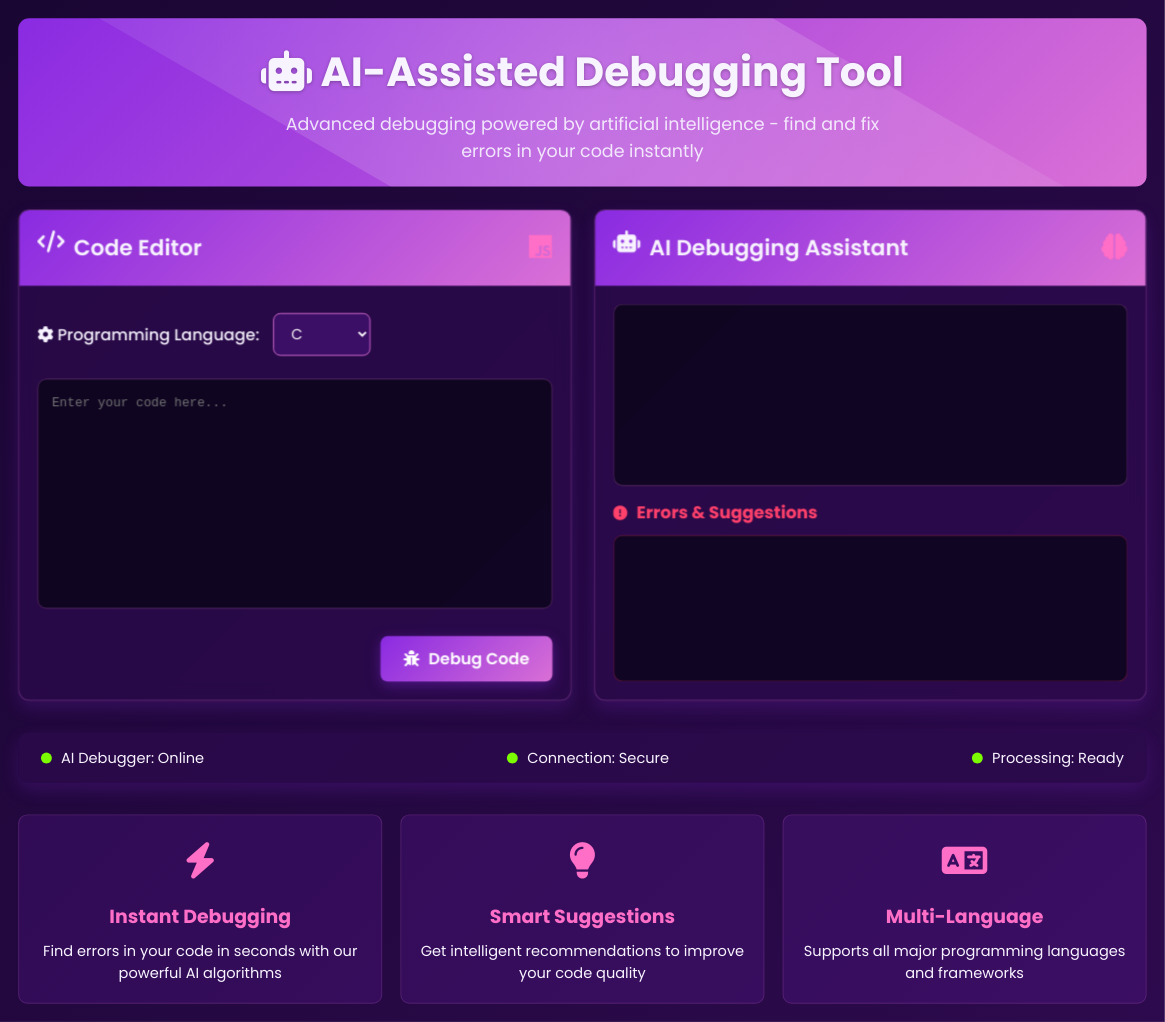
Repository: ujjwalkathait/AI-Asissted_Debugging_tool
Page: Frontend/public/index.html
The author's editor kept a copy of each file at every save. The page is drawn from the files as they stood at one save, then again after a run of saves.
The browser window is 1280 px wide. The pictures show the whole page, at 91% of full size.

Above is the page before, as saved 2025-07-13 22:51:30.

### Frontend/public/index.html
<!DOCTYPE html>
<html lang="en">
<head>
    <meta charset="UTF-8">
    <meta name="viewport" content="width=device-width, initial-scale=1.0">
    <title>AI-Assisted Debugging Tool</title>
    <link href="https://fonts.googleapis.com/css2?family=Poppins:wght@300;400;500;600;700&display=swap" rel="stylesheet">
    <link rel="stylesheet" href="https://cdnjs.cloudflare.com/ajax/libs/font-awesome/6.4.0/css/all.min.css">
    <link rel="stylesheet" href="style.css">
</head>
<body>
    <div class="container">
        <header>
            <h1><i class="fas fa-robot"></i> AI-Assisted Debugging Tool</h1>
            <p>Advanced debugging powered by artificial intelligence - find and fix errors in your code instantly</p>
        </header>

        <div class="main-content">
            <div class="panel">
                <div class="panel-header">
                    <div class="panel-title">
                        <i class="fas fa-code floating"></i>
                        <span>Code Editor</span>
                    </div>
                    <div class="language-icon">
                        <i class="fab fa-js"></i>
                    </div>
                </div>
                <div class="panel-body">
                    <div class="editor-container">
                        <div class="language-selector">
                            <label for="language-select"><i class="fas fa-cog"></i> Programming Language:</label>
                            <select id="language-select">
                                <option>C</option>
                                <option>C++</option>
                                <option>Python</option>
                                <option>Java</option>
                            </select>
                        </div>
                        <textarea class="code-editor" id="code-input" placeholder="Enter your code here..."></textarea>
                        <button class="debug-btn" id="debug-button">
                            <i class="fas fa-bug"></i> Debug Code
                        </button>
                    </div>
                </div>
            </div>

            <div class="panel">
                <div class="panel-header">
                    <div class="panel-title">
                        <i class="fas fa-robot floating"></i>
                        <span>AI Debugging Assistant</span>
                    </div>
                    <div class="language-icon">
                        <i class="fas fa-brain"></i>
                    </div>
                </div>
                <div class="panel-body">
                    <div class="output-container">
                        <div class="ai-output" id="debug-output">
</div>

                        <div class="error-container">
                            <div class="error-header">
                                <i class="fas fa-exclamation-circle"></i>
                                <h3>Errors & Suggestions</h3>
                            </div>
                            <div class="error-box" id="error-output"></div>
                        </div>
                    </div>
                </div>
            </div>
        </div>

        <div class="status-bar">
            <div class="status-item">
                <div class="status-indicator"></div>
                <span>AI Debugger: Online</span>
            </div>
            <div class="status-item">
                <div class="status-indicator"></div>
                <span>Connection: Secure</span>
            </div>
            <div class="status-item">
                <div class="status-indicator"></div>
                <span>Processing: Ready</span>
            </div>
        </div>

        <div class="feature-grid">
            <div class="feature-card">
                <div class="feature-icon">
                    <i class="fas fa-bolt"></i>
                </div>
                <h3>Instant Debugging</h3>
                <p>Find errors in your code in seconds with our powerful AI algorithms</p>
            </div>
            <div class="feature-card">
                <div class="feature-icon">
                    <i class="fas fa-lightbulb"></i>
                </div>
                <h3>Smart Suggestions</h3>
                <p>Get intelligent recommendations to improve your code quality</p>
            </div>
            <div class="feature-card">
                <div class="feature-icon">
                    <i class="fas fa-language"></i>
                </div>
                <h3>Multi-Language</h3>
                <p>Supports all major programming languages and frameworks</p>
            </div>
        </div>
    </div>

    <script src="script.js"></script>
</body>
</html>

### Frontend/public/style.css
:root {
    --primary: #8A2BE2;
    --secondary: #DA70D6;
    --accent: #FF6EC7;
    --dark: #2D0A4D;
    --light: #F8F4FF;
    --text: #4A2A7C;
    --success: #7CFC00;
    --error: #FF416C;
    --border-radius: 12px;
    --transition: all 0.3s ease;
    --box-shadow: 0 8px 20px rgba(138, 43, 226, 0.2);
    --gradient: linear-gradient(135deg, var(--primary), var(--secondary));
}

* {
    margin: 0;
    padding: 0;
    box-sizing: border-box;
    font-family: 'Poppins', sans-serif;
}

body {
    background: linear-gradient(135deg, #1a0633, #2d0a4d);
    color: var(--light);
    min-height: 100vh;
    padding: 20px;
    display: flex;
    justify-content: center;
    align-items: center;
}

.container {
    width: 100%;
    max-width: 1600px;
    display: flex;
    flex-direction: column;
    gap: 25px;
}

header {
    text-align: center;
    padding: 25px;
    background: var(--gradient);
    border-radius: var(--border-radius);
    box-shadow: var(--box-shadow);
    animation: pulse 3s infinite;
    position: relative;
    overflow: hidden;
}

header::before {
    content: "";
    position: absolute;
    top: -50%;
    left: -50%;
    width: 200%;
    height: 200%;
    background: radial-gradient(circle, rgba(255,255,255,0.2) 0%, rgba(255,255,255,0) 70%);
    transform: rotate(30deg);
}

header h1 {
    font-size: 2.8rem;
    font-weight: 700;
    margin-bottom: 10px;
    text-shadow: 0 2px 4px rgba(0,0,0,0.3);
    position: relative;
}

header p {
    font-size: 1.2rem;
    opacity: 0.9;
    max-width: 700px;
    margin: 0 auto;
    position: relative;
}

.main-content {
    display: flex;
    gap: 25px;
    height: 75vh;
}

.panel {
    background: rgba(45, 10, 77, 0.7);
    backdrop-filter: blur(10px);
    border-radius: var(--border-radius);
    box-shadow: var(--box-shadow);
    overflow: hidden;
    display: flex;
    flex-direction: column;
    border: 1px solid rgba(218, 112, 214, 0.3);
    flex: 1;
}

.panel-header {
    padding: 20px;
    background: var(--gradient);
    display: flex;
    justify-content: space-between;
    align-items: center;
}

.panel-title {
    font-size: 1.5rem;
    font-weight: 600;
    display: flex;
    align-items: center;
    gap: 10px;
}

.panel-body {
    padding: 20px;
    flex: 1;
    display: flex;
    flex-direction: column;
    overflow: hidden;
}

.editor-container {
    flex: 1;
    display: flex;
    flex-direction: column;
    gap: 15px;
}

.language-selector {
    display: flex;
    align-items: center;
    gap: 15px;
    padding: 10px 0;
}

.language-selector label {
    font-size: 1.1rem;
    font-weight: 500;
}

select {
    padding: 10px 15px;
    background: rgba(138, 43, 226, 0.2);
    border: 1px solid var(--secondary);
    border-radius: 8px;
    color: white;
    font-size: 1rem;
    cursor: pointer;
    transition: var(--transition);
    outline: none;
}

select:focus {
    box-shadow: 0 0 0 3px rgba(218, 112, 214, 0.4);
}

.code-editor {
    flex: 1;
    background: rgba(10, 5, 25, 0.8);
    border-radius: 10px;
    border: 1px solid rgba(218, 112, 214, 0.3);
    padding: 15px;
    font-family: 'Courier New', monospace;
    font-size: 14px;
    color: #E6D4FF;
    line-height: 1.5;
    resize: none;
    transition: var(--transition);
}

.code-editor:focus {
    border-color: var(--accent);
    box-shadow: 0 0 0 3px rgba(255, 110, 199, 0.2);
}

.debug-btn {
    padding: 12px 25px;
    background: var(--gradient);
    color: white;
    border: none;
    border-radius: 8px;
    font-size: 1.1rem;
    font-weight: 600;
    cursor: pointer;
    transition: var(--transition);
    display: flex;
    align-items: center;
    justify-content: center;
    gap: 10px;
    margin-top: 15px;
    align-self: flex-end;
    box-shadow: 0 4px 15px rgba(138, 43, 226, 0.4);
}

.debug-btn:hover {
    transform: translateY(-3px);
    box-shadow: 0 6px 20px rgba(138, 43, 226, 0.6);
}

.debug-btn:active {
    transform: translateY(1px);
}

.output-container {
    flex: 1;
    display: flex;
    flex-direction: column;
    gap: 15px;
    overflow: hidden;
}

.ai-output {
    background: rgba(10, 5, 25, 0.8);
    border-radius: 10px;
    border: 1px solid rgba(218, 112, 214, 0.3);
    padding: 15px;
    font-family: 'Courier New', monospace;
    font-size: 14px;
    color: #E6D4FF;
    line-height: 1.5;
    overflow-y: auto;
    height: 200px;
}

.error-container {
    display: flex;
    flex-direction: column;
    gap: 10px;
    height: 200px;
}

.error-header {
    display: flex;
    align-items: center;
    gap: 10px;
    color: var(--error);
}

.error-box {
    flex: 1;
    background: rgba(10, 5, 25, 0.8);
    border-radius: 10px;
    border: 1px solid rgba(255, 65, 108, 0.3);
    padding: 15px;
    font-family: 'Courier New', monospace;
    font-size: 14px;
    color: #FFA8BA;
    line-height: 1.5;
    overflow-y: auto;
}

.status-bar {
    display: flex;
    justify-content: space-between;
    padding: 15px 25px;
    background: rgba(45, 10, 77, 0.7);
    border-radius: var(--border-radius);
    box-shadow: var(--box-shadow);
    margin-top: 10px;
}

.status-item {
    display: flex;
    align-items: center;
    gap: 10px;
}

.status-indicator {
    width: 12px;
    height: 12px;
    border-radius: 50%;
    background: var(--success);
}

.status-indicator.error {
    background: var(--error);
}

.language-icon {
    font-size: 1.8rem;
    color: var(--accent);
}

.feature-grid {
    display: grid;
    grid-template-columns: repeat(3, 1fr);
    gap: 20px;
    margin-top: 10px;
}

.feature-card {
    background: rgba(138, 43, 226, 0.15);
    border-radius: 10px;
    padding: 20px;
    text-align: center;
    transition: var(--transition);
    border: 1px solid rgba(218, 112, 214, 0.2);
}

.feature-card:hover {
    transform: translateY(-5px);
    background: rgba(138, 43, 226, 0.25);
    box-shadow: 0 8px 20px rgba(138, 43, 226, 0.3);
}

.feature-icon {
    font-size: 2.5rem;
    color: var(--accent);
    margin-bottom: 15px;
}

.feature-card h3 {
    font-size: 1.3rem;
    margin-bottom: 10px;
    color: var(--accent);
}

/* Animations */
@keyframes pulse {
    0% { box-shadow: 0 0 0 0 rgba(138, 43, 226, 0.6); }
    70% { box-shadow: 0 0 0 15px rgba(138, 43, 226, 0); }
    100% { box-shadow: 0 0 0 0 rgba(138, 43, 226, 0); }
}

@keyframes float {
    0% { transform: translateY(0px); }
    50% { transform: translateY(-10px); }
    100% { transform: translateY(0px); }
}

.floating {
    animation: float 3s ease-in-out infinite;
}

/* Scrollbar styling */
::-webkit-scrollbar {
    width: 8px;
}

::-webkit-scrollbar-track {
    background: rgba(45, 10, 77, 0.3);
    border-radius: 4px;
}

::-webkit-scrollbar-thumb {
    background: var(--secondary);
    border-radius: 4px;
}

::-webkit-scrollbar-thumb:hover {
    background: var(--accent);
}

/* Responsive design */
@media (max-width: 1200px) {
    .main-content {
        flex-direction: column;
        height: auto;
    }

    .feature-grid {
        grid-template-columns: repeat(2, 1fr);
    }
}

@media (max-width: 768px) {
    .feature-grid {
        grid-template-columns: 1fr;
    }

    header h1 {
        font-size: 2.2rem;
    }

    .panel-header {
        padding: 15px;
    }
}

### Frontend/public/script.js
// document.addEventListener('DOMContentLoaded', function () {
//     const debugBtn = document.getElementById('debug-button');
//     const codeInput = document.getElementById('code-input');
//     const debugOutput = document.getElementById('debug-output');
//     const errorOutput = document.getElementById('error-output');
//     const languageSelect = document.getElementById('language-select');
//     const languageIcon = document.querySelector('.language-icon i');

//     // Language icons mapping
//     const languageIcons = {
//         'JavaScript': 'fab fa-js',
//         'Python': 'fab fa-python',
//         'Java': 'fab fa-java',
//         'C++': 'fas fa-c++',
//         'C': 'fas fa-c',
//         'TypeScript': 'fas fa-code',
//         'PHP': 'fab fa-php',
//         'Ruby': 'fas fa-gem'
//     };

//     // Update language icon when selection changes
//     languageSelect.addEventListener('change', function () {
//         const lang = this.value;
//         languageIcon.className = languageIcons[lang] || 'fas fa-code';
//     });

//     // Debug button functionality
//     debugBtn.addEventListener('click', async function () {
//         const code = codeInput.value.trim();
//         const language = languageSelect.value;

//         if (!code) {
//             errorOutput.innerHTML = `<pre style="color:orange;">⚠️ Please enter some code before debugging.</pre>`;
//             return;
//         }

//         // UI feedback
//         debugBtn.innerHTML = '<i class="fas fa-spinner fa-spin"></i> Debugging...';
//         debugBtn.disabled = true;
//         debugOutput.textContent = '';
//         errorOutput.innerHTML = '';

//         try {
//             const response = await fetch("http://localhost:3000/debug", {
//                 method: "POST",
//                 headers: {
//                     "Content-Type": "application/json"
//                 },
//                 body: JSON.stringify({ code, language })
//             });

//             if (!response.ok) {
//                 throw new Error("Server error while debugging.");
//             }

//             const result = await response.json();

//             // Show corrected code
//             // debugOutput.textContent = result.fixedCode || "// No corrections found.";
//             debugOutput.innerHTML = `<pre>${result.fixedCode || "// No corrections found."}</pre>`;


//             // Show errors or success
//             if (result.errors) {
//                 errorOutput.innerHTML = `<pre style="color:red;">${result.errors}</pre>`;
//             } else {
//                 errorOutput.innerHTML = `<pre style="color:lightgreen;">✅ No syntax errors detected.</pre>`;
//             }

//         } catch (err) {
//             errorOutput.innerHTML = `<pre style="color:red;">⚠️ Error: ${err.message}</pre>`;
//         } finally {
//             // Reset button state
//             debugBtn.innerHTML = '<i class="fas fa-bug"></i> Debug Code';
//             debugBtn.disabled = false;
//             debugBtn.style.background = 'linear-gradient(135deg, #00c853, #7cfc00)';
//             setTimeout(() => {
//                 debugBtn.style.background = 'var(--gradient)';
//             }, 2000);
//         }
//     });

//     // Add example code on first click (optional)
//     codeInput.addEventListener('click', function () {
//         if (this.value === '') {
//             this.value = '';
//         }
//     });
// });

document.addEventListener('DOMContentLoaded', function () {
    const debugBtn = document.getElementById('debug-button');
    const codeInput = document.getElementById('code-input');
    const debugOutput = document.getElementById('debug-output');
    const errorOutput = document.getElementById('error-output');
    const languageSelect = document.getElementById('language-select');
    const languageIcon = document.querySelector('.language-icon i');

    const languageIcons = {
        'JavaScript': 'fab fa-js',
        'Python': 'fab fa-python',
        'Java': 'fab fa-java',
        'C++': 'fas fa-c++',
        'C': 'fas fa-c',
        'TypeScript': 'fas fa-code',
        'PHP': 'fab fa-php',
        'Ruby': 'fas fa-gem'
    };

    languageSelect.addEventListener('change', function () {
        const lang = this.value;
        languageIcon.className = languageIcons[lang] || 'fas fa-code';
    });

    debugBtn.addEventListener('click', async function () {
        const code = codeInput.value.trim();
        const language = languageSelect.value;

        if (!code) {
            errorOutput.innerHTML = `<pre style="color:orange;">⚠️ Please enter some code before debugging.</pre>`;
            return;
        }

        debugBtn.innerHTML = '<i class="fas fa-spinner fa-spin"></i> Debugging...';
        debugBtn.disabled = true;
        debugOutput.textContent = '';
        errorOutput.innerHTML = '';

        try {
            const response = await fetch("http://localhost:3000/debug", {
                method: "POST",
                headers: {
                    "Content-Type": "application/json"
                },
                body: JSON.stringify({ code, language })
            });

            if (!response.ok) {
                throw new Error("Server error while debugging.");
            }

            const result = await response.json();

            debugOutput.innerHTML = `<pre>${result.fixedCode || "// No corrections found."}</pre>`;

            if (result.errors) {
                errorOutput.innerHTML = `<pre style="color:red;">${result.errors}</pre>`;
            } else {
                errorOutput.innerHTML = `<pre style="color:lightgreen;">✅ No syntax errors detected.</pre>`;
            }

            if (result.explanation) {
                errorOutput.innerHTML += `<br><pre style="color:deepskyblue;">💡 Gemini says: ${result.explanation}</pre>`;
            }

        } catch (err) {
            errorOutput.innerHTML = `<pre style="color:red;">⚠️ Error: ${err.message}</pre>`;
        } finally {
            debugBtn.innerHTML = '<i class="fas fa-bug"></i> Debug Code';
            debugBtn.disabled = false;
            debugBtn.style.background = 'linear-gradient(135deg, #00c853, #7cfc00)';
            setTimeout(() => {
                debugBtn.style.background = 'var(--gradient)';
            }, 2000);
        }
    });

    codeInput.addEventListener('click', function () {
        if (this.value === '') {
            this.value = '';
        }
    });
});

After the next 2 saves:
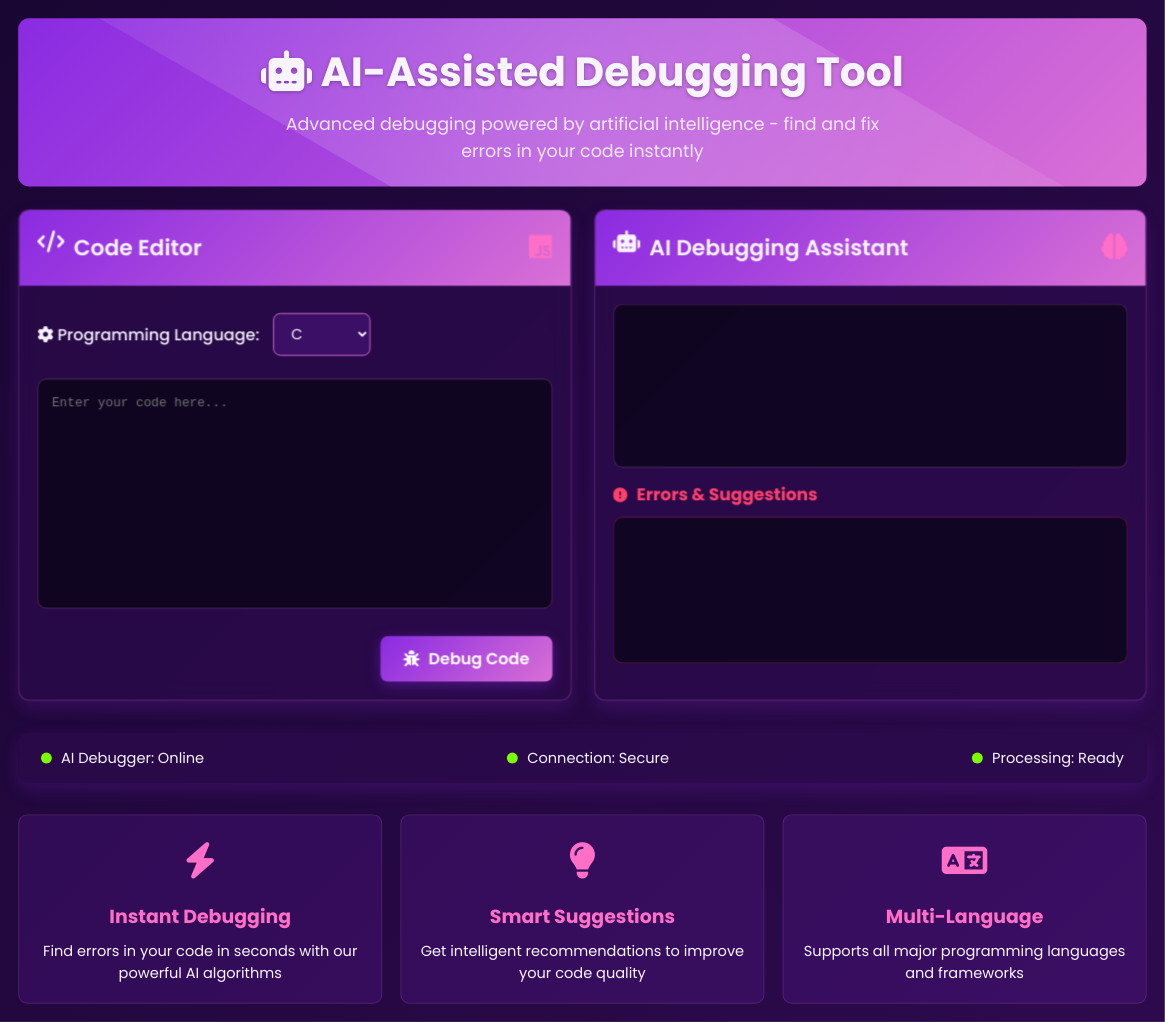
The 2 saves are shown as one change because they came seconds apart.
The last was saved 11 s later.
--- a/Frontend/public/style.css
+++ b/Frontend/public/style.css
@@ -218,7 +218,7 @@
     color: #E6D4FF;
     line-height: 1.5;
     overflow-y: auto;
-    height: 200px;
+    height: 180px;
 }
 
 .error-container {

After the 2 saves that followed:
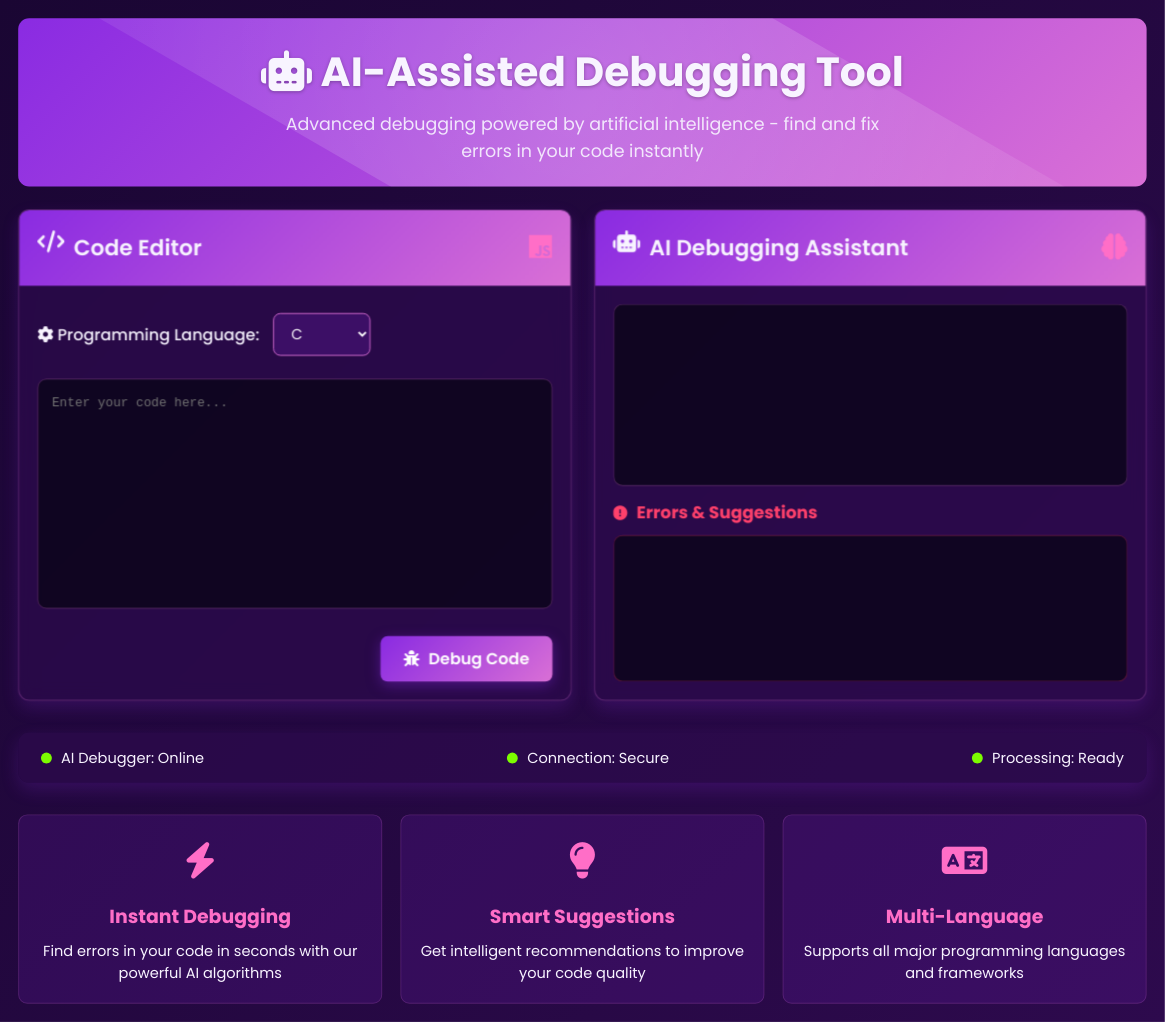
The 2 saves are shown as one change because they came seconds apart.
The last was saved 7 s later.
--- a/Frontend/public/style.css
+++ b/Frontend/public/style.css
@@ -218,7 +218,7 @@
     color: #E6D4FF;
     line-height: 1.5;
     overflow-y: auto;
-    height: 180px;
+    height: 200px;
 }
 
 .error-container {
